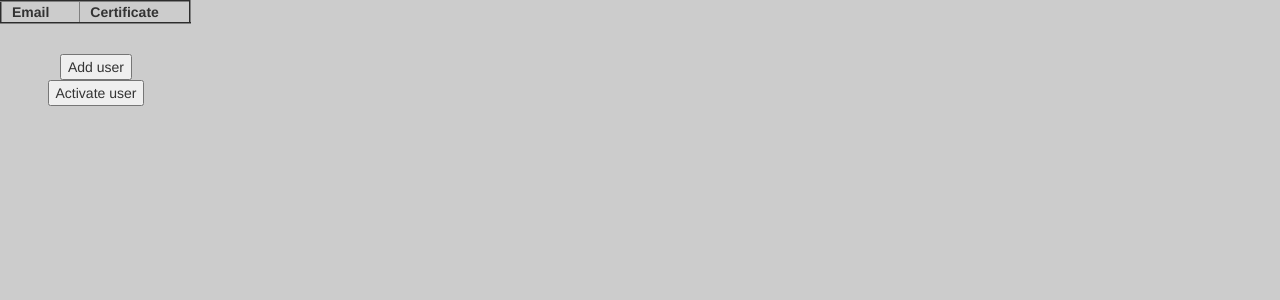
Repository: marijabroceta/ProjekatIB
Page: IB_Project_Shell/src/main/resources/static/main_page.html
These files come from the project's save history. The page is drawn as it stood at one moment and after the next save; the edit follows.
The browser window is 1280 px wide. The pictures show the whole page.
The page's requests for data from a server got no answer.

Above is the page before, as saved 2018-06-30 17:52:57.

### IB_Project_Shell/src/main/resources/static/main_page.html
<!DOCTYPE html>
<html>
<head>
	<title>Main</title>
	<script src="js/jquery-2.1.4.min.js"></script>
	<link rel="stylesheet" type="text/css" href="bootstrap/css/bootstrap.min.css"/>
    <script src="bootstrap/js/bootstrap.min.js"></script>
    <link rel="stylesheet" type="text/css" href="css/main_page.css">
    <script src="js/main_page.js" type="text/javascript"></script>
</head>
<body>
	<div id="table">
		<table id="users_table" border="2">
			<tr>
				<th>Email</th>
				<th>Certificate</th>
			</tr>
		</table>
		<button id="add_user">Add user</button>
		<button id="activate_user">Activate user</button>
		<div id="add_form">
			<form name="add_user_form" method="post" id="add_user_form">
		       	<label for="email">Email</label>
		 		<input type="text" id="email" name="email"><br>
		 		<label for="password">Password</label>
		 		<input type="password" id="password" name="password"><br>
		 		<input type="submit" name="submit" id="submit" value="submit" class="button" /><br>
		 		<input type="button" name="cancel" id="cancel" value="cancel" class="button" />
	    	</form>
		</div>
	</div>
</body>
</html>

### IB_Project_Shell/src/main/resources/static/css/main_page.css
/*#table{
	position: absolute;
    top: 20%;
    left: 30%;
    right: 30%;
    bottom: 20%;
    font-size: 18px;
}*/

th{
	padding-right: 30px;
	padding-left: 10px;
}

body {
    text-align: center;
    background: #ccc;
}

#add_user{
	margin-top: 30px;
	margin-right: 85%;
}

#activate_user{
	margin-right:85%;
}

#add_form{
	margin-top: 30px;
}

label,input {
 display: block;
width: 200px;
 float: left;
 margin-left: 20px;
 margin-bottom: 10px;

}

label {
 text-align: right;
 width: 75px;
 padding-right: 20px;

}

br {
 clear: left;
}

#submit,#cancel{
	margin-left: 19%;
}

### IB_Project_Shell/src/main/resources/static/js/main_page.js
$(document).ready(function(){

	var token = localStorage.getItem("token");
	console.log(token);
	var logged = null;

	$.ajax({
		url: "https://localhost:8443/api/users/logged",
		type: 'GET',
		headers: { "Authorization": "Bearer " + token},
		contentType : "application/json",
		dataType:'json',
		crossDomain: true,
		success : function(response) {

			console.log("logged " + response.authorities[0].name);
			logged = response;
		},
		error: function (jqXHR, textStatus, errorThrown) {
			console.log(jqXHR.status);
			console.log(jqXHR);

		}
	});


	$.ajax({

		headers:{"Authorization" :"Bearer " + token,
			},
		contentType: 'application/json',
		type: 'GET',
		dataType:'json',
		crossDomain: true,
		url:'https://localhost:8443/api/users',
		success:function(response){
			table_header();
			var table = $('#users_table');
			for(var i=0; i<response.length; i++) {
				user = response[i];
				console.log(user);
				table.append('<tr class="data">'+
								'<td>'+user.email+'</td>'+
								'<td>'+user.authorities[0].name+'</td>'+
								'<td><button class="btn btn-default">Download</button></td>'+
							'</tr>');
			}
		},
		error: function (jqXHR, textStatus, errorThrown) {
			console.log(jqXHR);
			alert(textStatus);
		}
	});


	$('#add_form').hide();

	$('#add_user').on('click',function(e){
		$('#add_form').show();
		e.preventDefault();
		return false;
	});

	$('#cancel').on('click',function(e){
		$('#add_form').hide();
		e.preventDefault();
		return false;
	});

	$('input#submit').on('click',function(e){

		console.log("submit");
		var email = $('#email').val().trim();
		var password = $('#password').val().trim();

		var data = {
				'email':email,
				'password':password
			}
			console.log(data);
		$.ajax({
				type: 'POST',
		        contentType: 'application/json',
		        headers:{"Authorization" :"Bearer " + token,
		        	"Access-Control-Allow-Origin": "*"},
		        url: 'https://localhost:8443/api/users/save',
		        data: JSON.stringify(data),
		        dataType: 'json',
		        crossDomain: true,
				cache: false,
				processData: false,
				success:function(response){
					alert("Created");
				},
				error: function (jqXHR, textStatus, errorThrown) {
					console.log(jqXHR);
					alert(textStatus);
				}
		});
		e.preventDefault();
		return false;
	});
});

function table_header(){
	var table = $('#users_table');
	table.empty();
	table.append('<tr>'+
					'<th>Email</th>'+
					'<th>Role</th>'+
					'<th>Certificate</th>'+
				'</tr>');
}

function get_users(){

}

Loaded but not shown: IB_Project_Shell/src/main/resources/static/js/jquery-2.1.4.min.js (library); IB_Project_Shell/src/main/resources/static/bootstrap/css/bootstrap.min.css (library); IB_Project_Shell/src/main/resources/static/bootstrap/js/bootstrap.min.js (library)

After the next save:
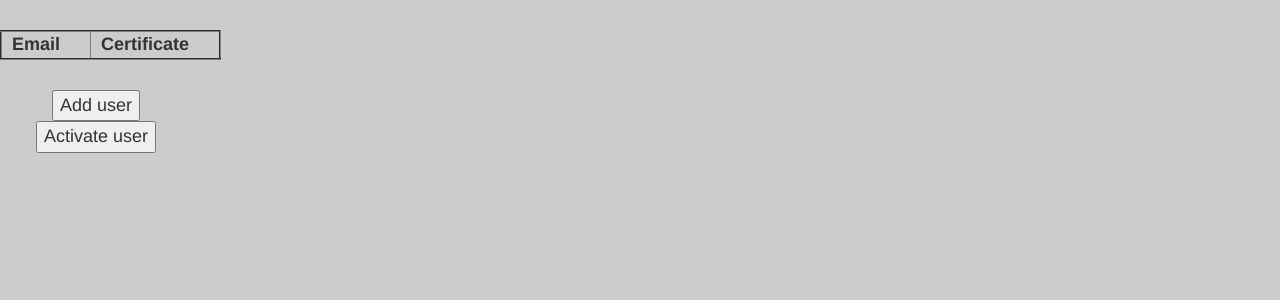
Saved 54 s later.
--- a/IB_Project_Shell/src/main/resources/static/css/main_page.css
+++ b/IB_Project_Shell/src/main/resources/static/css/main_page.css
@@ -1,11 +1,12 @@
-/*#table{
-	position: absolute;
+#table{
+	/*position: absolute;
     top: 20%;
     left: 30%;
     right: 30%;
-    bottom: 20%;
+    bottom: 20%;*/
+    margin-top: 30px;
     font-size: 18px;
-}*/
+}
 
 th{
 	padding-right: 30px;
